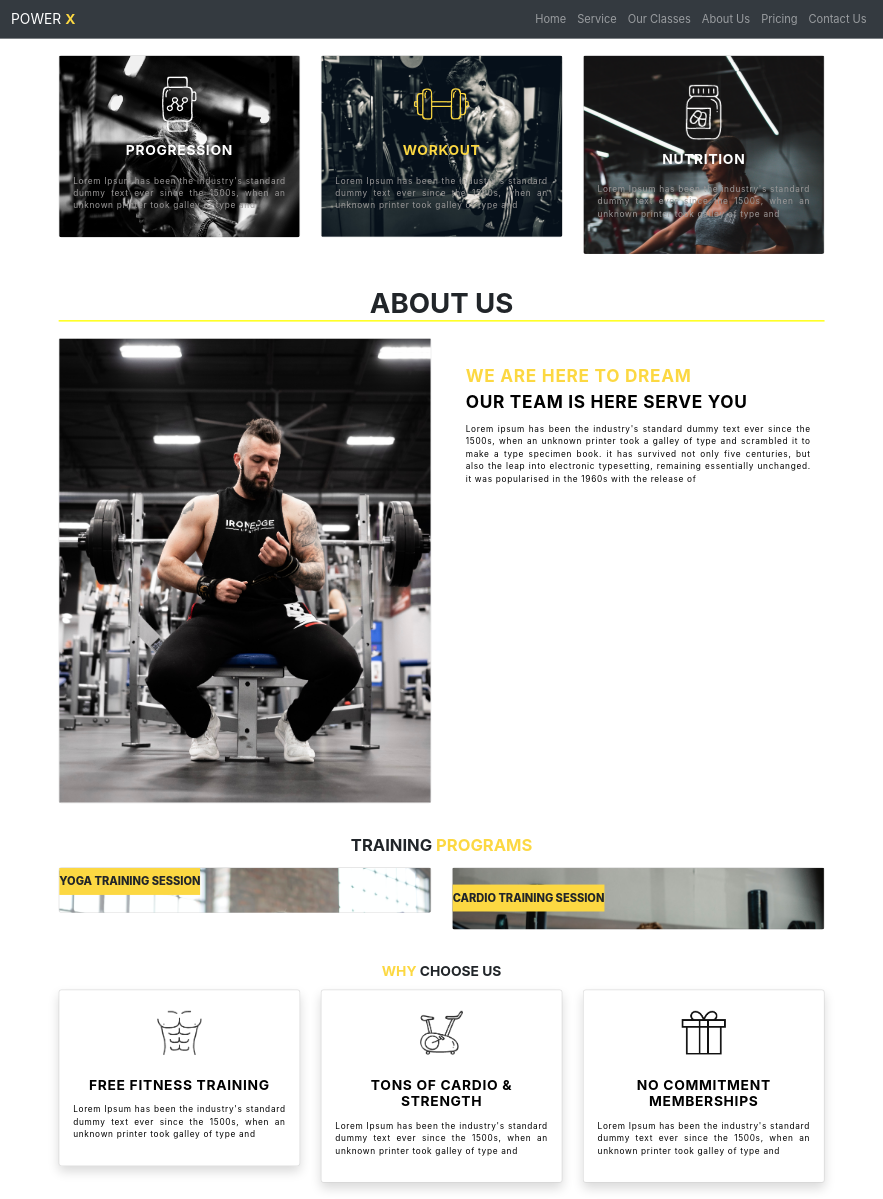
Repository: arif286/power-x-gym
Page: /
These files come from the project's save history. The page is drawn as it stood at one moment and after the next save; the edit follows.
The browser window is 1280 px wide. The pictures show the whole page, at 69% of full size.
The project was rebuilt for these pictures with package versions that can differ from the ones it lists, and the page was loaded fresh each time. Imported but missing from the stored project, and not drawn on this page: src/power-x-gym/Image & Icon/bxl-facebook, src/power-x-gym/Image & Icon/bxl-instagram, src/power-x-gym/Image & Icon/bxl-twitter, src/power-x-gym/Image & Icon/bxl-youtube.

Above is the page before, as saved 2021-04-06 23:43:14.

After the next save:
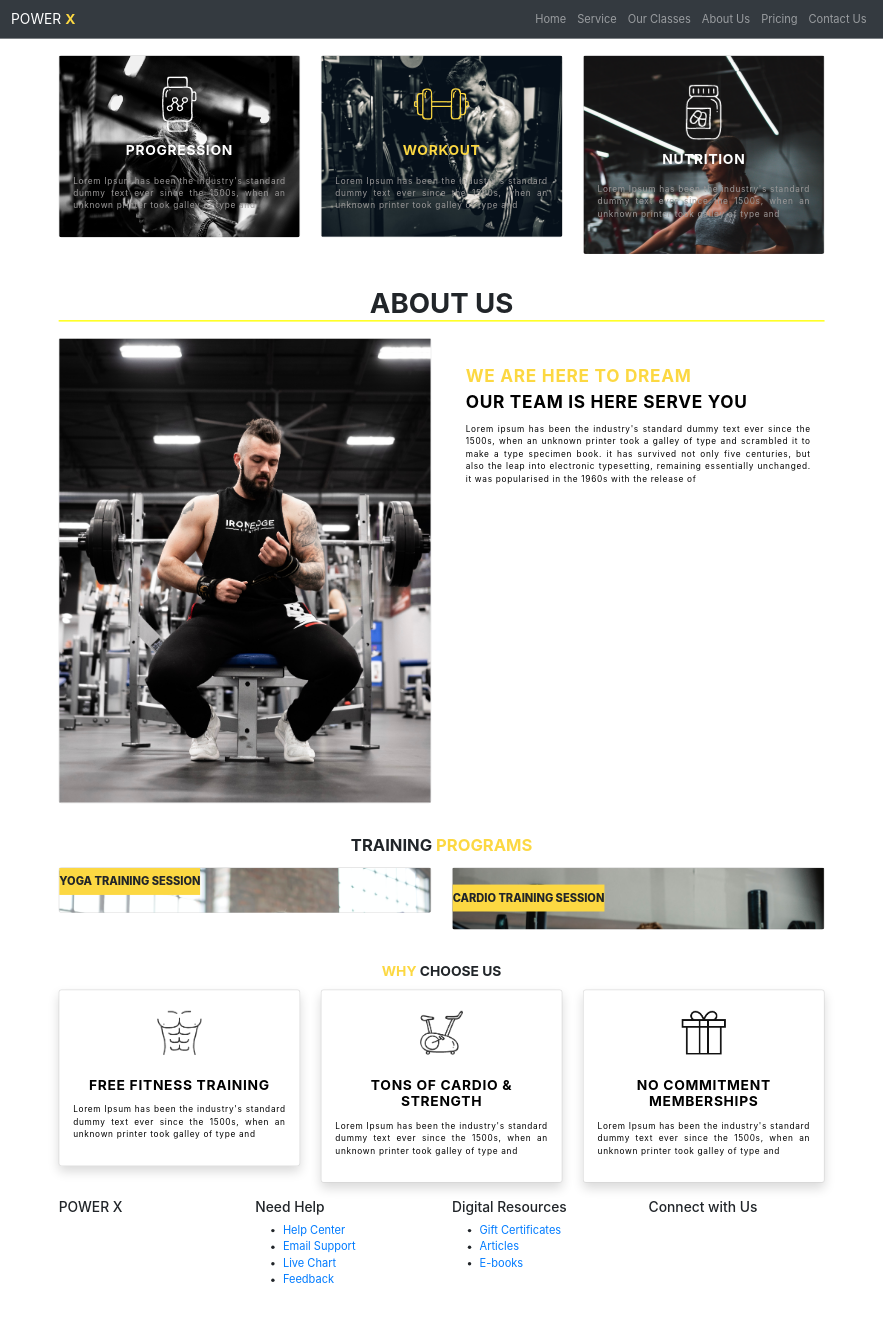
Saved 16 s later.
--- a/src/App.js
+++ b/src/App.js
@@ -1,6 +1,7 @@
 import "bootstrap/dist/css/bootstrap.min.css";
 import React from 'react';
 import { BrowserRouter as Router, Route, Switch } from "react-router-dom";
+import Footer from "./components/Footer/Footer";
 import Header from './components/Header/Header';
 import Home from './components/Home/Home';
 function App() {
@@ -16,6 +17,7 @@ function App() {
             <Home/>
           </Route>
         </Switch>
+        <Footer/>
       </Router>
     </div>
   );
